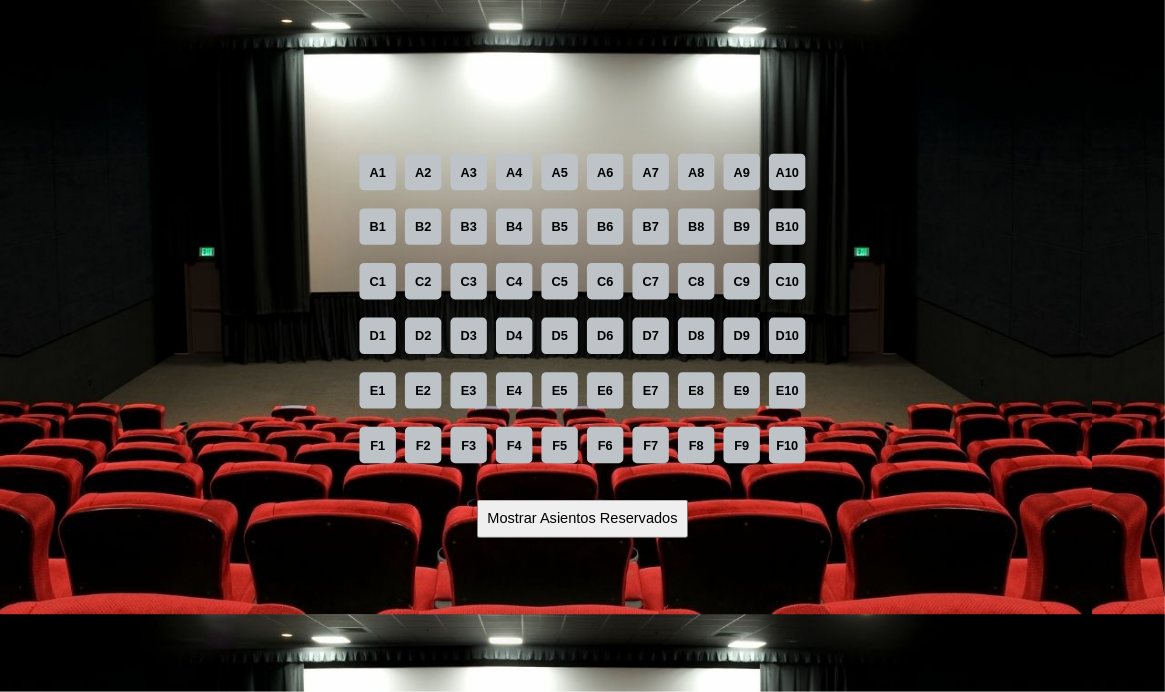
Repository: JersonRLP/ProyectoWebJSP
Page: http://localhost/CineHome/cinevista.jsp
An editor plug-in stored every save of this project. The page is shown before and after the next save, followed by the edit.
The browser window is 1280 px wide. The pictures show the whole page, at 91% of full size.
The page is served by Tomcat 9.

Above is the page before, as saved 2024-10-31 13:33:49.

After the next save:
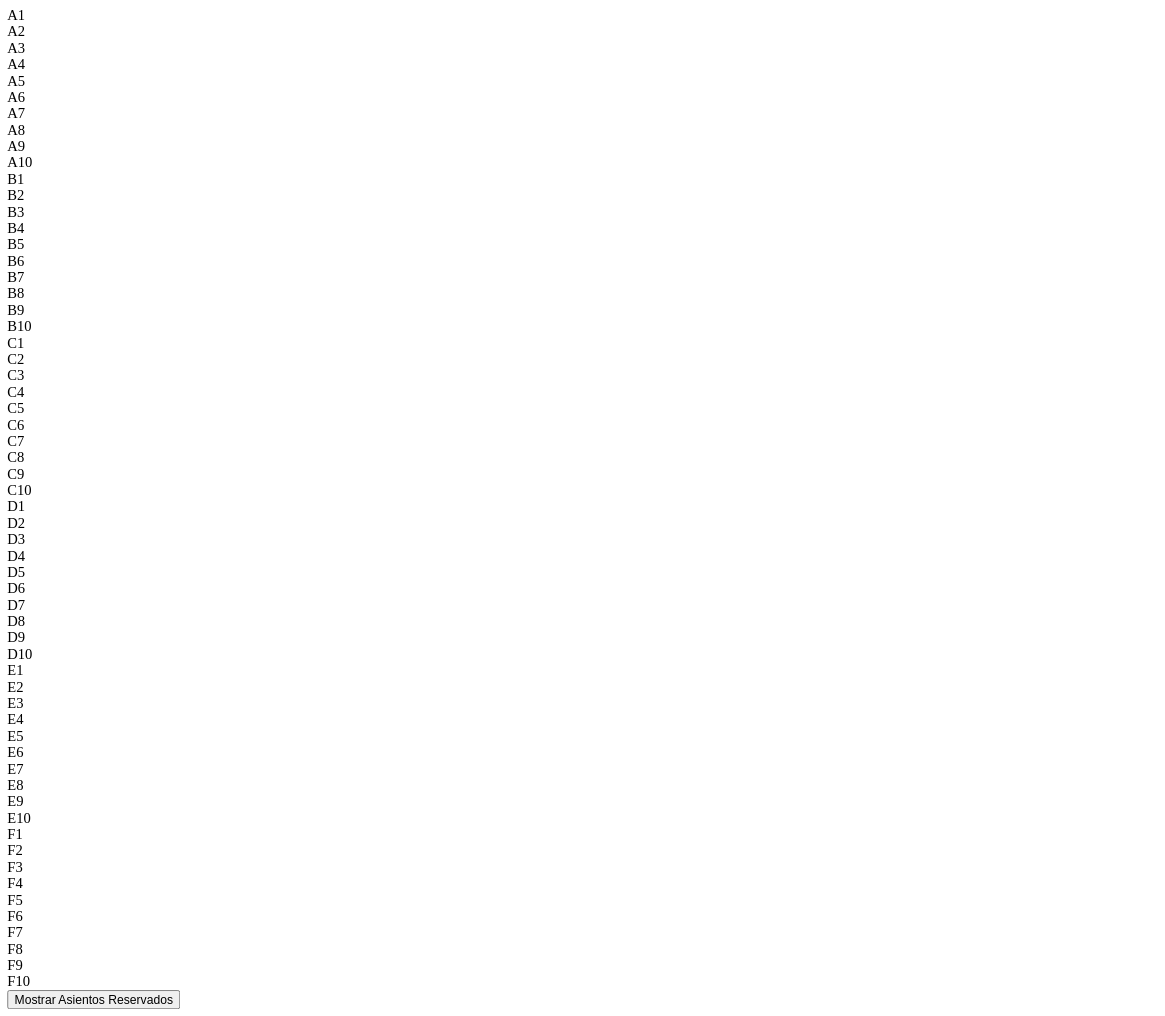
Saved 22 s later.
--- a/CineHome/WebContent/cinevista.jsp
+++ b/CineHome/WebContent/cinevista.jsp
@@ -8,60 +8,7 @@
     <!-- Importa el archivo CSS -->
     <link rel="stylesheet" href="cinevista.css">
     <title>Selección de Asientos</title>
-    <style>
-        body {
-            font-family: Arial, sans-serif;
-             background-image: url('imagenes/fondocine.jpg');
-            margin: 0;
-            padding: 20px;
-            display: flex;
-            align-items: center;
-            justify-content: center;
-            flex-direction: column;
-            height: 100vh;
-        }
 
-        .cinema-container {
-            display: flex;
-            flex-direction: column;
-            gap: 20px;
-            max-width: 600px;
-        }
-
-        .row {
-            display: flex;
-            gap: 10px;
-        }
-
-        .seat {
-            width: 40px;
-            height: 40px;
-            background-color: #bdc3c7;
-            cursor: pointer;
-            border-radius: 5px;
-            display: flex;
-            align-items: center;
-            justify-content: center;
-            font-size: 14px;
-            font-weight: bold;
-            transition: background-color 0.3s ease;
-        }
-
-        .seat.selected {
-            background-color: #3498db;
-        }
-
-        #selected-seat-info {
-            margin-top: 20px;
-        }
-
-        #reserve-button {
-            margin-top: 20px;
-            padding: 10px;
-            font-size: 16px;
-            cursor: pointer;
-        }
-    </style>
 </head>
 <body>
 
